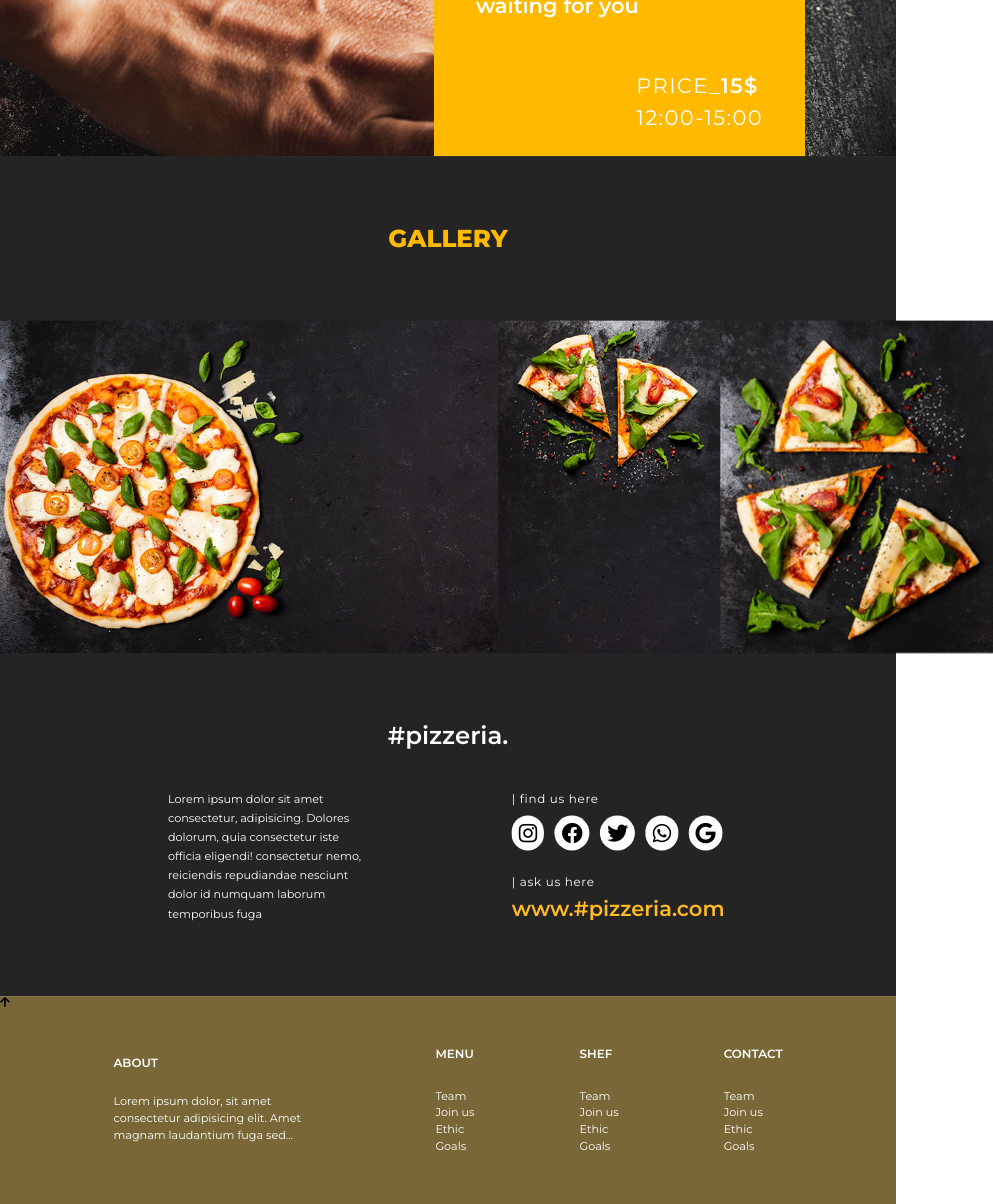
Repository: phu1204/pizzeria.github.io
Page: index.html
An editor plug-in stored every save of this project. The page is shown before and after the next save, followed by the edit.
The browser window is 1280 px wide. The page is 1419 px wide, so the pictures cover 1419 px, including what lies to the right of the window. The pictures show the part of the page from y = 3070 to 4790 px (the page is 4790 px tall), at 70% of full size.
The style sheet was rebuilt from its Sass, Less or Tailwind sources for each picture, by a compiler version that may differ from the author's.

Above is the page before, as saved 2021-07-26 20:14:39.

After the next save:
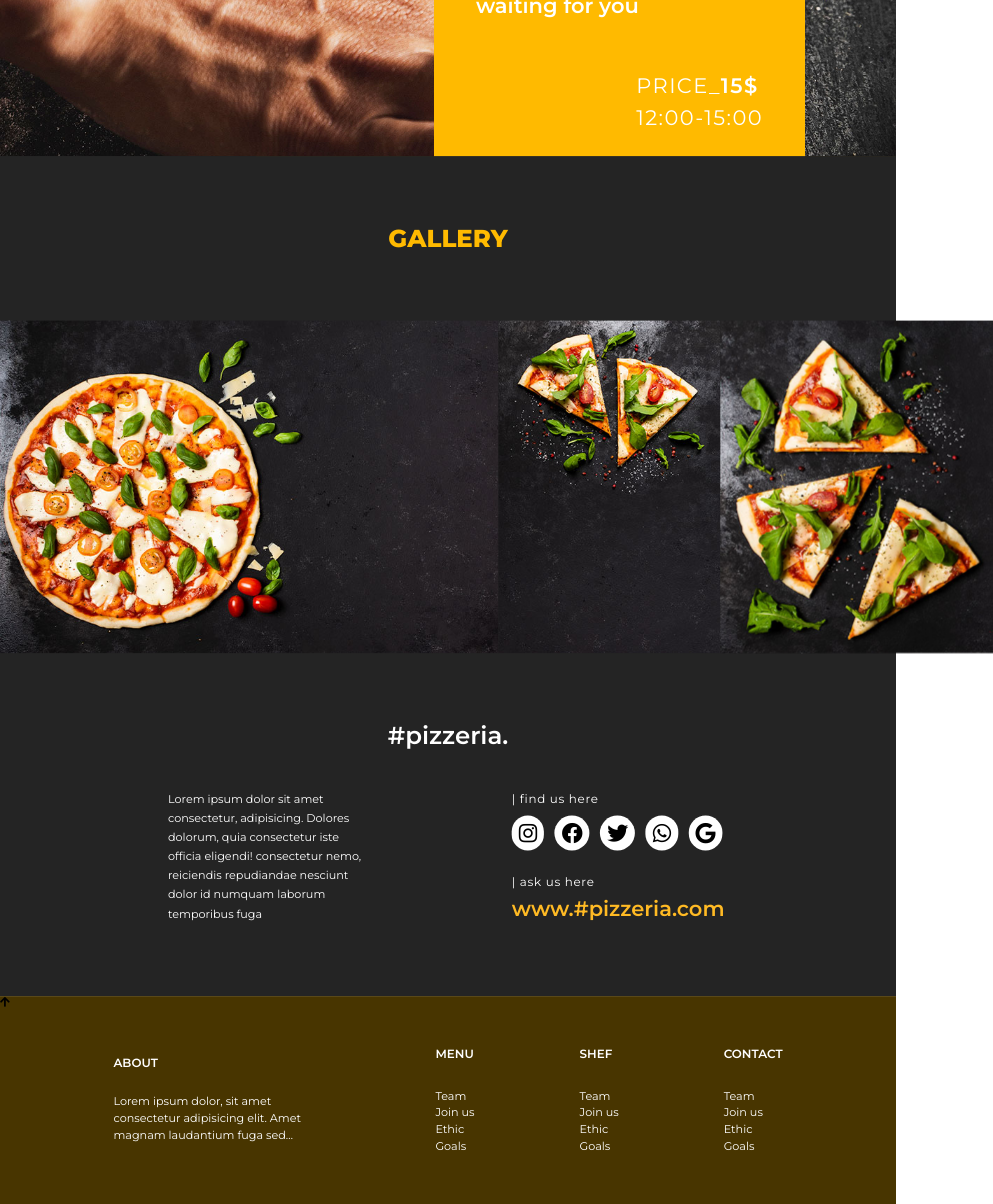
Saved 4 s later.
--- a/scss/_footer.scss
+++ b/scss/_footer.scss
@@ -4,7 +4,7 @@
   display: flex;
   align-items: center;
   justify-content: center;
-  background-color: #796737;
+  background-color: #483500;
   max-width: 100%;
   flex-wrap: wrap;
 
